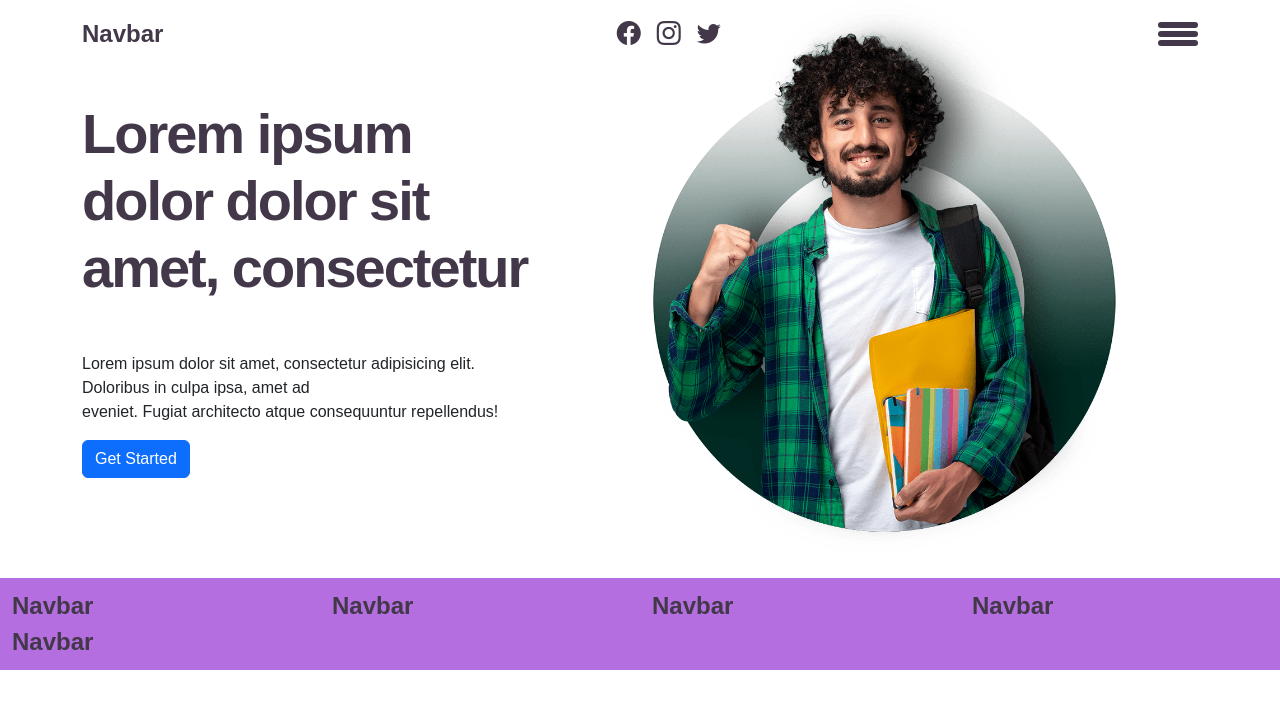
Repository: tagnam/project27012025
Page: index.html
The author's editor kept a copy of each file at every save. The page is drawn from the files as they stood at one save, then again after the next save.
The browser window is 1280 px wide. The pictures show the whole page.

Above is the page before, as saved 2025-01-27 16:07:56.

### index.html
<!DOCTYPE html>
<html lang="en">
<head>
    <meta charset="UTF-8">
    <meta name="viewport" content="width=device-width, initial-scale=1.0">
    <link href="https://cdn.jsdelivr.net/npm/bootstrap@5.3.3/dist/css/bootstrap.min.css" rel="stylesheet" integrity="sha384-QWTKZyjpPEjISv5WaRU9OFeRpok6YctnYmDr5pNlyT2bRjXh0JMhjY6hW+ALEwIH" crossorigin="anonymous">
    <link rel="stylesheet" href="style/css/index.css">
    <link rel="stylesheet" href="style/css/animation.css">
    <link rel="stylesheet" href="style/css/responsive.css">
    <title>project27012025</title>
</head>
<body>
<header>
    <!-- --------------------------------------------start nav bar ------------------------------->
    <nav class="navbar navbar-expand-lg custom-nav">
        <div class="container">
          <div class="collapse navbar-collapse justify-content-between" id="navbarSupportedContent">
            <a class="navbar-brand" href="#">Navbar</a>
            <ul class="navbar-nav  ">

              <li class="nav-item">
                <a class="nav-link" href="#"><i class="bi bi-facebook"></i></a>
              </li>
              <li class="nav-item">
                <a class="nav-link" href="#"><i class="bi bi-instagram"></i></a>
              </li>
              <li class="nav-item">
                <a class="nav-link" href="#"><i class="bi bi-twitter"></i></a>
              </li>
            </ul>
            <div class="d-flex">
               <div class="menu-container" type="button" data-bs-toggle="offcanvas" data-bs-target="#offcanvasExample" aria-controls="offcanvasExample">
                <span class="span-menu-01 menu-icon"></span>
                <span class="span-menu-02 menu-icon"></span>
                <span class="span-menu-03 menu-icon"></span>
            </div>
            </div>
          </div>
        </div>
      </nav>

      <!-- ------------------------------start offcanvas ---------------------------------------->
      <div class="offcanvas offcanvas-start " tabindex="-1" id="offcanvasExample" aria-labelledby="offcanvasExampleLabel">
        <div class="offcanvas-header">
          <h5 class="offcanvas-title" id="offcanvasExampleLabel">Offcanvas</h5>
          <button type="button" class="btn-close text-reset" data-bs-dismiss="offcanvas" aria-label="Close"></button>
        </div>
        <div class="offcanvas-body">
          <div>
            Some text as placeholder. In real life you can have the elements you have chosen. Like, text, images, lists, etc.
          </div>
          <div class="dropdown mt-3">
            <button class="btn btn-secondary dropdown-toggle" type="button" id="dropdownMenuButton" data-bs-toggle="dropdown">
              Dropdown button
            </button>
            <ul class="dropdown-menu" aria-labelledby="dropdownMenuButton">
              <li><a class="dropdown-item" href="#">Action</a></li>
              <li><a class="dropdown-item" href="#">Another action</a></li>
              <li><a class="dropdown-item" href="#">Something else here</a></li>
            </ul>
          </div>
        </div>
      </div>
       <!-- -----------------------------end offcanvas ------------------------------------------->
      <!------------------------------------------------ end navbar ----------------------------->


</header>
<section class="hero-section">
    <div  class="container" style="height: 100%;">
        <div class="row" >
            <div class="col-lg-6 col-md-6 col-sm-12">
                <div class="banner-content ">
                    <h1>Lorem ipsum dolor  dolor sit amet, consectetur </h1>
                    <p>Lorem ipsum dolor sit amet, consectetur adipisicing elit. Doloribus in culpa ipsa, amet ad<br> eveniet. Fugiat architecto atque consequuntur repellendus!</p>
                    <button class="btn btn-primary">Get Started</button>
                </div>
            </div>
            <div class="col-lg-6 col-md-6 col-sm-12">
                <div class="banner-img d-flex justify-content-end">
                    <img src="image/hero-banner-01.webp" class="w-100" alt="">

            </div>

        </div>
    </div>
    <!-- <div class="row">
        <div class="col-lg-6 col-md-6 col-sm-12 d-flex justify-content-start">
            <div class="banner-btn">
                <a class="btn custom-btn btn-outline-success"> Get Started </a>
            </div>
        </div>
        <div class="col-lg-6 col-md-6 col-sm-12 d-flex justify-content-end">
             <div class="banner-footer-text">
                <p>Lorem ipsum dolor sit amet <br>consectetur adipisicing elit. Numquam, vel.</p>
             </div>

    </div>
 </div> -->
  </section>


<section class="client-section">
    <div class="container-fluid">
       <div class="row d-flex">
        <div class="col">
            <a class="navbar-brand w-25" href="#">Navbar</a>
        </div>

        <a class="navbar-brand w-25" href="#">Navbar</a>
        <a class="navbar-brand w-25" href="#">Navbar</a>
        <a class="navbar-brand w-25" href="#">Navbar</a>
        <a class="navbar-brand w-25" href="#">Navbar</a>
    </div>
    </div>
</section>
<script src="https://cdn.jsdelivr.net/npm/bootstrap@5.3.3/dist/js/bootstrap.bundle.min.js" integrity="sha384-YvpcrYf0tY3lHB60NNkmXc5s9fDVZLESaAA55NDzOxhy9GkcIdslK1eN7N6jIeHz" crossorigin="anonymous"></script>
<script src="style/js/custom.js"></script>
</body>
</html>

### style/css/index.css
@import url("https://cdn.jsdelivr.net/npm/bootstrap-icons@1.11.3/font/bootstrap-icons.min.css");

*{
 margin: 0;
padding: 0;
box-sizing: border-box;
}

:root{
    --dark-color:#423849;
    --semi-dark-color:#b46ee0;
    --light-color:#d287d4;
    --white-color:#fff;
    --main-heading-font-size: 3.5rem;
    --subheading-font-size: 2rem;
    --paragraph-font-size: 1rem;


}


body{
    font-family: 'Poppins', sans-serif;


}

header{
    position: fixed;
    top: 0;
    z-index: 1000;
width: 100%;
}

.navbar-brand{
    font-size: 1.5rem;
    font-weight: 800;
    color: var(--dark-color);
}

.menu-icon{
    display: block;
    width: 40px;
    height: 6px;
    background-color: var(--dark-color);
    margin: 3px auto;
    border-radius: 20px;
    cursor: pointer;
}


.nav-link .bi{
    font-size: 1.5rem;
    color: var(--dark-color);
}

.banner-content{
    margin: 100px auto;
    padding-right: 100px;
}

.banner-content h1{
    color: var(--dark-color);
    font-weight: 800;
    /* font-size: 55px; */
    font-size: var(--main-heading-font-size);
    letter-spacing: -2px;
    margin: 50px 0px;
}
/* .hero-section{
   background-image: url(/image/business-banner.jpg);
    background-size: cover;
    background-position: center;
    height: 100vh;
} */

.banner-footer-text p{
    color: var(--dark-color);

}


.client-section{
    background-color: var(--semi-dark-color);
    padding: 10px 0px;
}

Loaded but not shown: style/js/custom.js (no copy from this time; the picture is the same without it); style/css/animation.css (no stored copy; drawn as an empty file); style/css/responsive.css (no stored copy; drawn as an empty file)

After the next save:
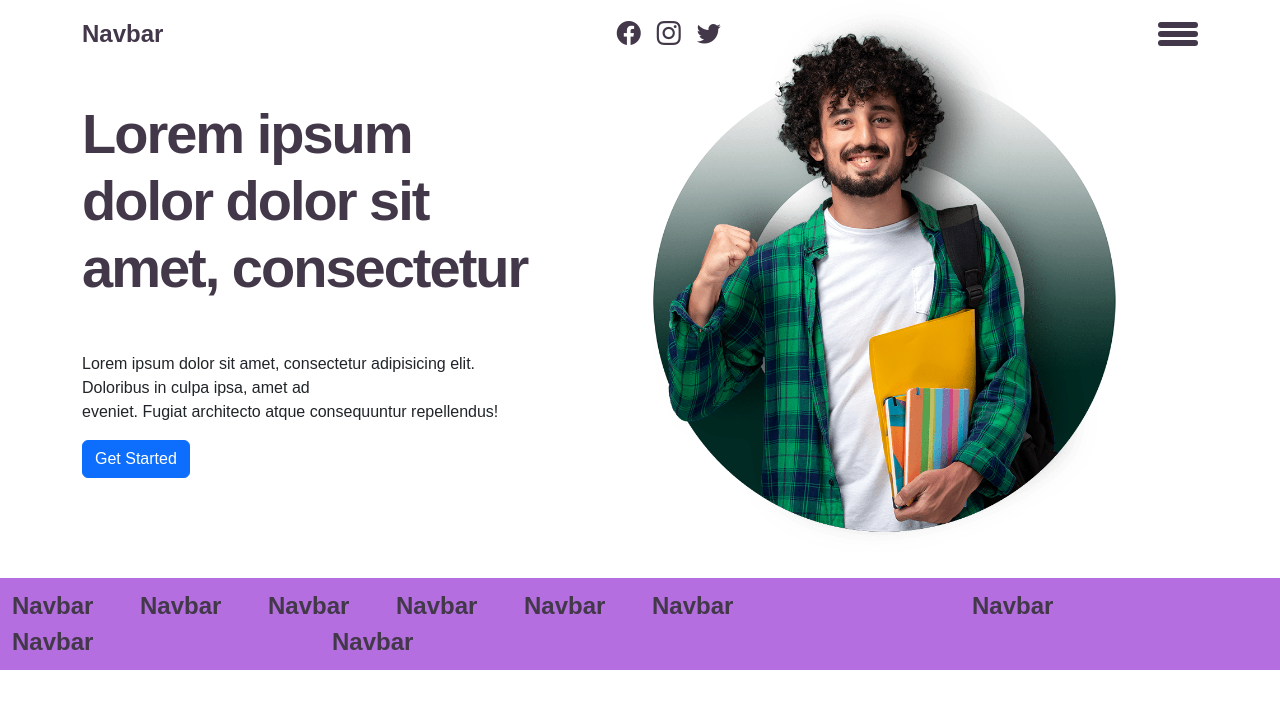
Saved 4 s later.
--- a/index.html
+++ b/index.html
@@ -106,6 +106,18 @@
         <div class="col">
             <a class="navbar-brand w-25" href="#">Navbar</a>
         </div>
+        <div class="col">
+            <a class="navbar-brand w-25" href="#">Navbar</a>
+        </div>
+        <div class="col">
+            <a class="navbar-brand w-25" href="#">Navbar</a>
+        </div>
+        <div class="col">
+            <a class="navbar-brand w-25" href="#">Navbar</a>
+        </div>
+        <div class="col">
+            <a class="navbar-brand w-25" href="#">Navbar</a>
+        </div>
 
         <a class="navbar-brand w-25" href="#">Navbar</a>
         <a class="navbar-brand w-25" href="#">Navbar</a>
